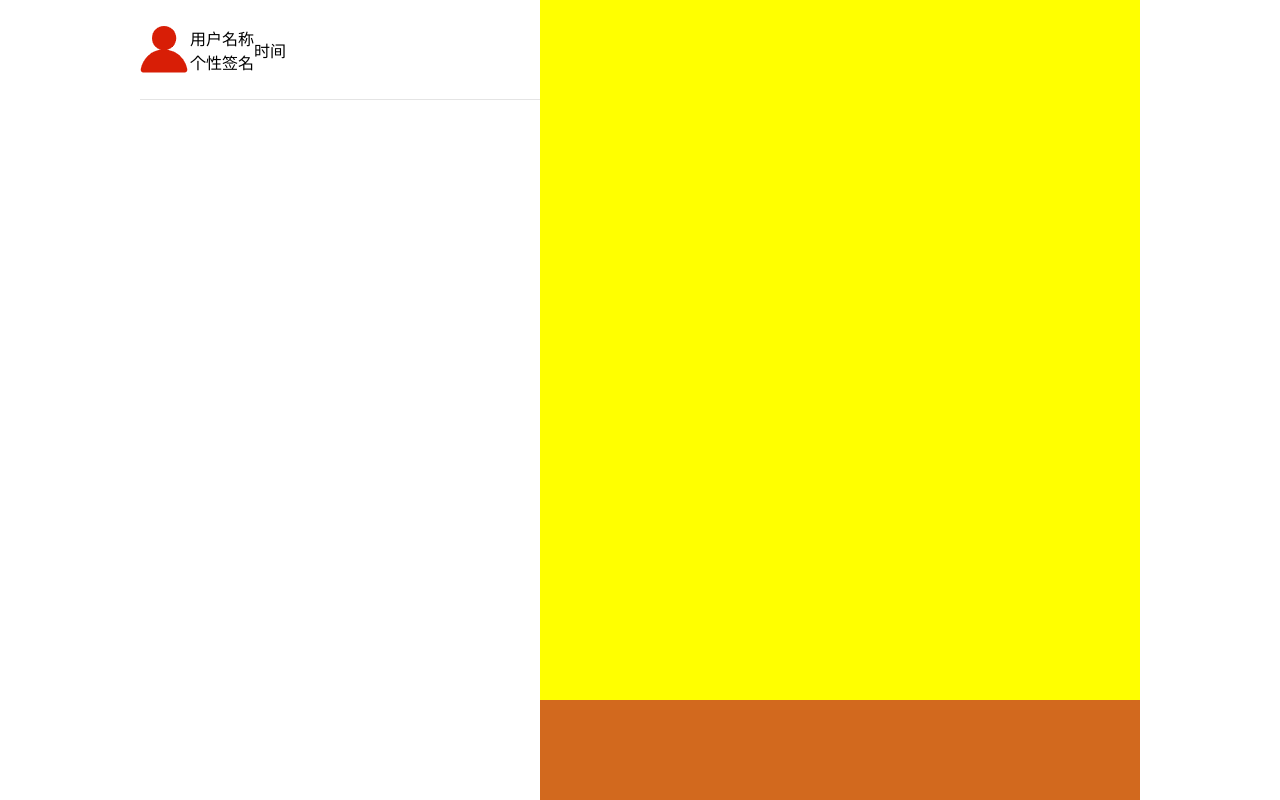
Repository: jinggegeZ/livechat
Page: /
These files come from the project's save history. The page is drawn as it stood at one moment and after the next save; the edit follows.
The browser window is 1280 px wide. The pictures show the whole page.
The project was rebuilt for these pictures with package versions that can differ from the ones it lists, and the page was loaded fresh each time.

Above is the page before, as saved 2020-08-17 11:06:47.

After the next save:
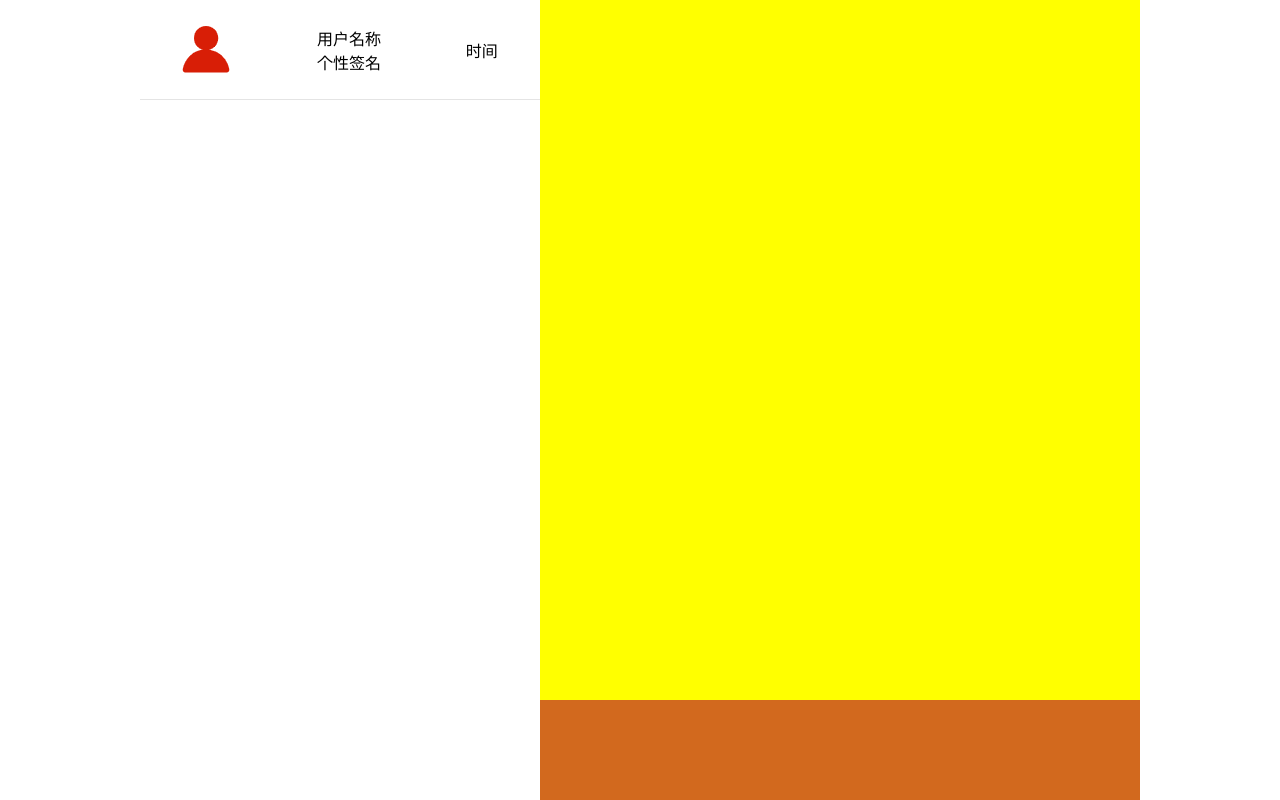
Saved 22 s later.
--- a/src/views/Home.vue
+++ b/src/views/Home.vue
@@ -87,7 +87,7 @@
   border-bottom: 1px solid rgb(228,228,228);
   display: flex;
   align-items: center;
-
+  justify-content: space-around;
 }
 .img {
   width: 50px;
